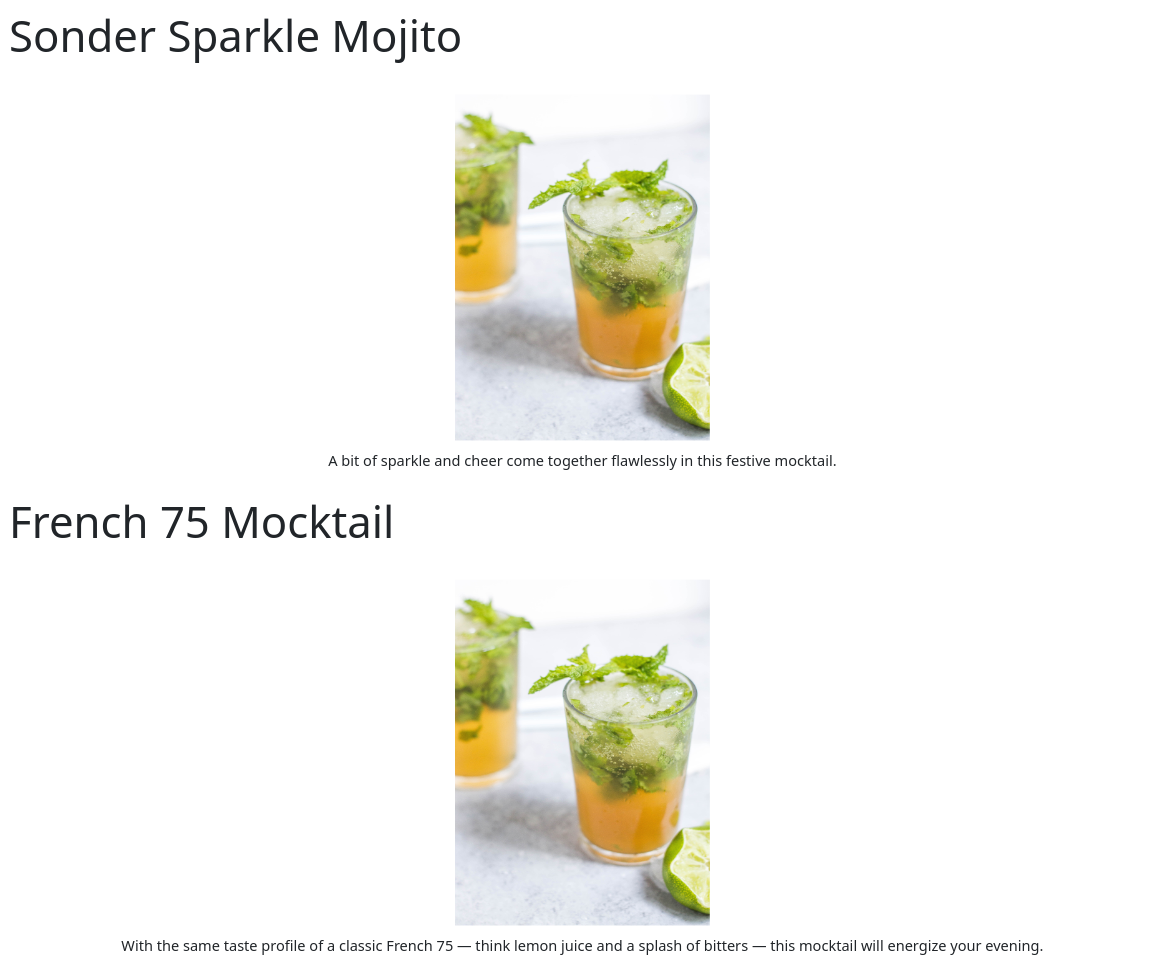
Repository: Flatbook/sliced_bread
Page: http://localhost/
An editor plug-in stored every save of this project. The page is shown before and after the next save, followed by the edit.
The browser window is 1280 px wide. The pictures show the whole page, at 91% of full size.
Some web libraries are served in a nearby version. The page is served by the project's application, run on Flask 3 (app.py). Other server files are loaded and not shown.

Above is the page before, as saved 2021-05-15 23:31:11.

### flask_project/templates/home.html
{% extends "layout.html" %}
{% block content %}
    {% for drink in drinks %}
        <p class="display-5" style="padding: 10px 10px">{{drink.title}}</p>
        <img src="{{ user_image }}" width="300" height="400" class="mx-auto d-block" style="padding: 10px 10px"/>

        <p style="text-align: center", style = "font-size: 1.5rem">{{drink.description}}</p>
    {% endfor %}
{% endblock %}

### flask_project/templates/layout.html
<!DOCTYPE html>
<html lang="en">
<head>
    <meta charset="UTF-8">
    <meta http-equiv="X-UA-Compatible" content="IE=edge">
    <meta name="viewport" content="width=device-width, initial-scale=1.0">
    <!-- <link rel = "stylesheet" href="{{ url_for('static', filename='css/main.css') }}"> -->
    <link href="https://cdn.jsdelivr.net/npm/bootstrap@5.0.1/dist/css/bootstrap.min.css" rel="stylesheet" integrity="sha384-+0n0xVW2eSR5OomGNYDnhzAbDsOXxcvSN1TPprVMTNDbiYZCxYbOOl7+AMvyTG2x" crossorigin="anonymous">
    <title>Greatest Beverage </title>
</head>
<body>
    {% block content %} {% endblock %}

 <!-- Optional JavaScript -->
    <!-- jQuery first, then Popper.js, then Bootstrap JS -->
    <script src="https://code.jquery.com/jquery-3.2.1.slim.min.js" integrity="sha384-KJ3o2DKtIkvYIK3UENzmM7KCkRr/rE9/Qpg6aAZGJwFDMVNA/GpGFF93hXpG5KkN" crossorigin="anonymous"></script>
    <script src="https://cdnjs.cloudflare.com/ajax/libs/popper.js/1.12.9/umd/popper.min.js" integrity="sha384-ApNbgh9B+Y1QKtv3Rn7W3mgPxhU9K/ScQsAP7hUibX39j7fakFPskvXusvfa0b4Q" crossorigin="anonymous"></script>
    <script src="https://maxcdn.bootstrapcdn.com/bootstrap/4.0.0/js/bootstrap.min.js" integrity="sha384-JZR6Spejh4U02d8jOt6vLEHfe/JQGiRRSQQxSfFWpi1MquVdAyjUar5+76PVCmYl" crossorigin="anonymous"></script>
</body>
</html>

### flask_project/app.py
from flask import Flask, render_template
from form import checkoutForm
import os
app = Flask(__name__)

imagesFolder = os.path.join('static','images')

app.config['SECRET_KEY'] = "my secret key"
app.config['UPLOAD_FOLDER'] =imagesFolder


drinks =[{
    'title' : 'Sonder Sparkle Mojito',
    'description': 'A bit of sparkle and cheer come together flawlessly in this festive mocktail.'

},
{
    'title': 'French 75 Mocktail',
    'description': 'With the same taste profile of a classic French 75 — think lemon juice and a splash of bitters — this mocktail will energize your evening.'
}
]

@app.route("/")
def hello_world():
    drink2 = os.path.join(app.config['UPLOAD_FOLDER'],'drink2.jpg')
    return render_template('home.html',drinks=drinks,user_image = drink2)

@app.route("/btform")
def btform():
    return render_template('btform.html')

@app.route("/checkout",methods =['GET','POST'])
def checkout():
    name = None
    lname = None
    form = checkoutForm()
    #  #validate form
    if form.validate_on_submit():
        return 'Dear {}, your order for {} drinks is placed Succesfully.'.format(form.name.data,form.lname.data)
    return render_template("checkout.html",
     name=name,form = form)




if __name__ == '__main__':
    app.run(debug=True)

After the next save:
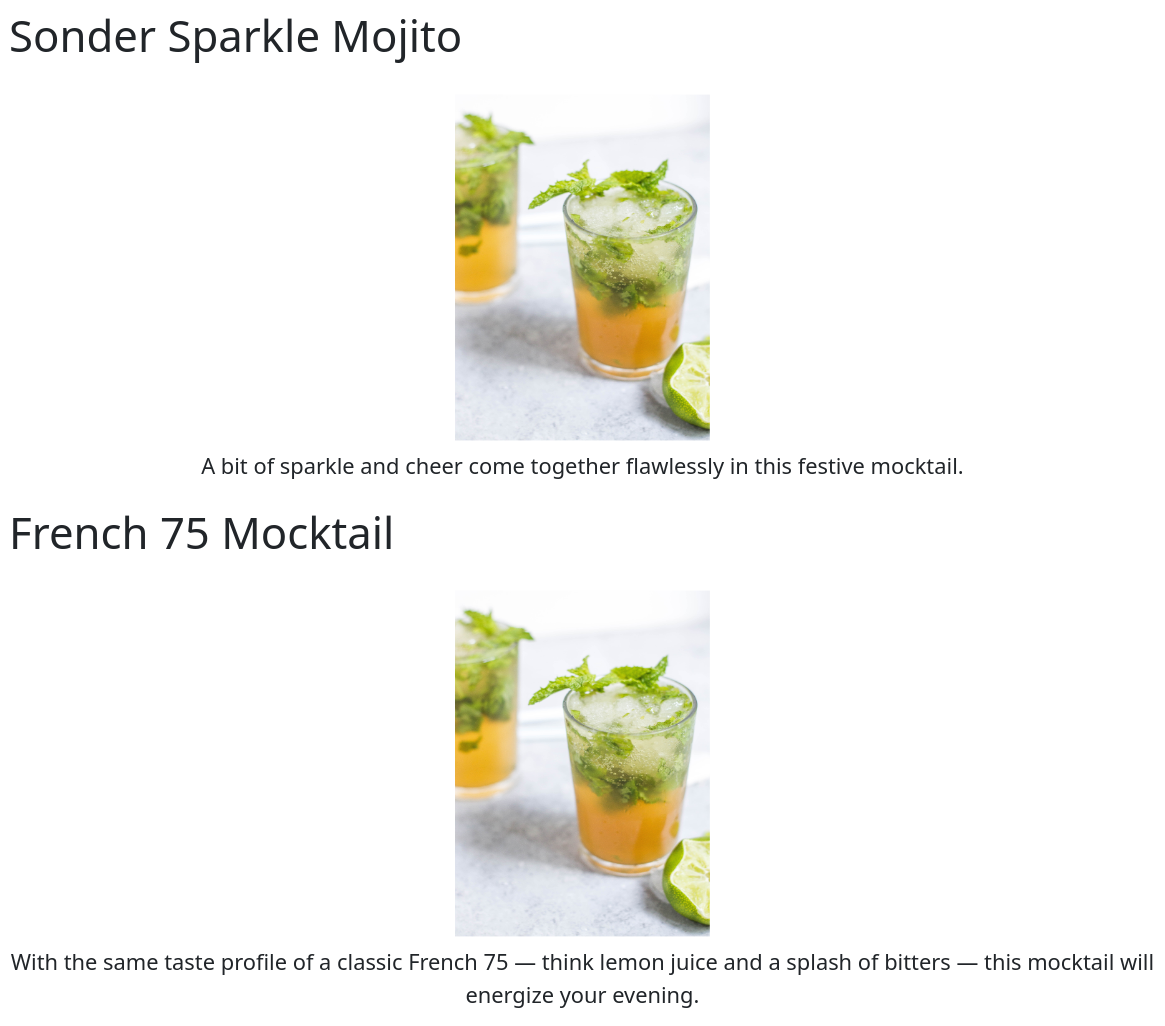
Saved 70 s later.
--- a/flask_project/templates/home.html
+++ b/flask_project/templates/home.html
@@ -4,6 +4,6 @@
         <p class="display-5" style="padding: 10px 10px">{{drink.title}}</p>
         <img src="{{ user_image }}" width="300" height="400" class="mx-auto d-block" style="padding: 10px 10px"/>
 
-        <p style="text-align: center", style = "font-size: 1.5rem">{{drink.description}}</p>
+        <p style="text-align: center ; font-size: 1.5rem">{{drink.description}}</p>
     {% endfor %}
 {% endblock %}
